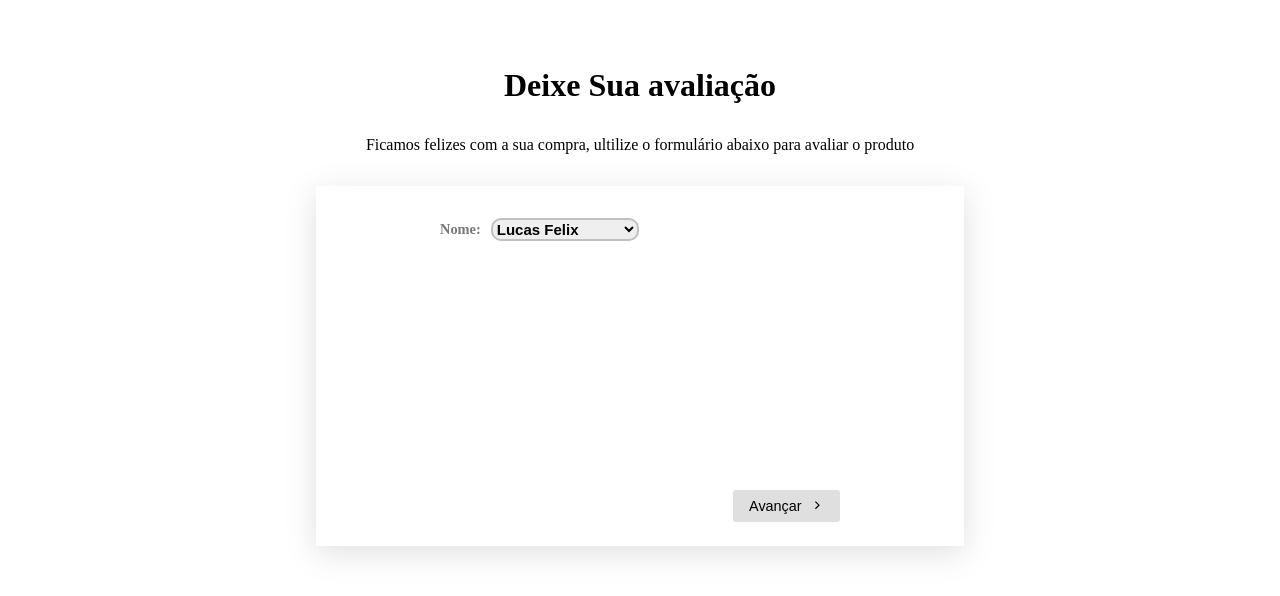
Repository: pheonix5/formulario_stap
Page: /
The author's editor kept a copy of each file at every save. The page is drawn from the files as they stood at one save, then again after the next save.
The browser window is 1280 px wide. The pictures show the whole page.
The project was rebuilt for these pictures with package versions that can differ from the ones it lists, and the page was loaded fresh each time. Also part of the build but not shown: vite.config.js, src/components/ReviewForm.css, src/components/ReviewForm.tsx, src/components/Thanks.css, src/components/Thanks.tsx.

Above is the page before, as saved 2023-05-24 21:40:59.

### index.html
<!DOCTYPE html>
<html lang="en">
  <head>
    <meta charset="UTF-8" />
    <link rel="icon" type="image/svg+xml" href="/vite.svg" />
    <meta name="viewport" content="width=device-width, initial-scale=1.0" />
    <title>Multistep com React</title>
    <link rel="preconnect" href="https://fonts.googleapis.com">
    <link rel="preconnect" href="https://fonts.gstatic.com" crossorigin>
    <link href="https://fonts.googleapis.com/css2?family=Barlow:ital,wght@0,100;0,200;0,300;0,400;0,500;0,600;0,700;0,800;0,900;1,100;1,200;1,300;1,400;1,500;1,600;1,700;1,800;1,900&display=swap" rel="stylesheet">
  </head>
  <body>
    <div id="root"></div>
    <script type="module" src="/src/main.jsx"></script>
  </body>
</html>

### src/main.jsx
import React from 'react'
import ReactDOM from 'react-dom/client'
import { router } from './App'

import { RouterProvider } from 'react-router-dom'

ReactDOM.createRoot(document.getElementById('root')).render(
  <React.StrictMode>
    <RouterProvider router={router}/>
  </React.StrictMode>,
)

### src/App.jsx

import { createBrowserRouter } from 'react-router-dom'

import Formulario from './pages/Formulario'

const router = createBrowserRouter([
  {
    path: '/',
    element: <Formulario/>
  }
])

export { router };

### src/pages/Formulario/index.tsx
/* eslint-disable react/jsx-key */
/* eslint-disable no-unused-vars */
// Components
import React, { useState } from 'react';

import {GrFormNext, GrFormPrevious} from 'react-icons/gr';
import { FiSend } from 'react-icons/fi';
import UserForm from '../../components/UserForm';
import ReviewForm from '../../components/ReviewForm';
import Thanks from '../../components/Thanks';

// Hooks
import { useForm } from '../../hooks/useForm'
import './style.css'

const formTemplate ={
  name: "",
  email: "",
  review: "",
  comment: "",
}


export default function Formulario() {
  const [data, setData] = useState(formTemplate);

  const updateFieldHandler = (key, value) => {
    setData((prev) => {
      return {...prev, [key]: value};
    })
  }

  const formComponents = [
    <UserForm data={data} updateFieldHandler={updateFieldHandler}/>,
    <ReviewForm data={data} updateFieldHandler/>,
    <Thanks data={data}/>
  ];

  const { currentStep, currentComponent, changeStep, isLastStep, isFirstStep } = useForm(formComponents);

  return (
   <div className='app'>

    <div className="header">
      <h2>Deixe Sua avaliação</h2>
      <p>Ficamos felizes com a sua compra, ultilize o formulário abaixo para avaliar o produto</p>
    </div>

    <div className="form-container">
      <form onSubmit={(e) => changeStep(currentStep + 1, e)}>
        <div className="inputs-container">{currentComponent}</div>
        <div className="actions">

          {!isFirstStep && (
            <button type='button' onClick={() => changeStep(currentStep -1 )}>
              <GrFormPrevious/>
              <span>Voltar</span>
          </button>
          )}

          {!isLastStep ? (
            <button type='submit'>
              <span>Avançar</span>
              <GrFormNext/>
            </button>
          ) : (
            <button type='button'>
            <span>Enviar</span>
            <FiSend/>
          </button>
          )}

        </div>
      </form>
    </div>

   </div>
  )
}

### src/components/UserForm.tsx
import React from "react";
import './Userform.css'

const UserForm = ({ data, updateFieldHandler }) =>{
  return (
    <div>
      <div className="select">
        <label htmlFor="">Nome:</label>
        <select
          name="text"
          id="name"
          onChange={(e) => updateFieldHandler('name', e.target.value)}
        >

          <option  value={data.name || "Lucas"}>Lucas Felix</option>
          <option  value={data.name || "Camila"}>Camila Vitoria</option>
          <option  value={data.name || "Amanda"}>Amanda Caroline</option>
          <option  value={data.name || "Ronara"}>Ronara Fernanda</option>
        </select>
      </div>

    </div>
  )
}

export default UserForm;

### src/hooks/useForm.jsx
/* eslint-disable no-unused-vars */
import { useState } from "react";

export function useForm(steps){
  const [currentStep, setCurrentStep] = useState(0)

  function changeStep(i, e){
    if(e) e.preventDefault();

    if(i < 0 || i >= steps.length) return;

    setCurrentStep(i)
  }

  return{
    currentStep,
    currentComponent: steps[currentStep],
    changeStep,
    isLastStep: currentStep +1 === steps.length ? true : false,
    isFirstStep: currentStep === 0 ? true : false,
  }
}

### src/pages/Formulario/style.css
.app{
  padding: 2rem;
}

/* Cabeçalho*/
.header{
  text-align: center;
  margin-bottom: 2rem;
}

.header h2{
  font-size: 2rem;
  margin-bottom: 2rem;
}

/* Forms  */
.form-container{
  max-width: 600px;
  margin: 0 auto;
  background-color: #FFF;
  padding: 1.5rem;
  box-shadow: rgba(100, 100, 111, 0.2) 0px 7px 29px 0px;
}

.form-container form{
  max-width: 400px;
  margin: 0 auto;
}

.inputs-container{
  min-height: 280px;
}

.form-control {
  display: flex;
  flex-direction: column;
  gap: 0.6rem;
  margin-bottom: 2rem;
}

label{
  font-weight: bold;
  color: #777;
  font-size: 0.9rem;
}

input,
textarea{
  padding: .6rem;
  border: none;
  border-radius: 3px;
  box-shadow: rgba(99, 99, 99, 0.2) 0px 2px 8px 0;
}

textarea{
  height: 120px;
}

/* Actions */
.actions{
  display: flex;
  justify-content: flex-end;
  gap: 1rem;
}

.actions button{
  font-size: .9rem;
  padding: .5rem 1rem;
  display: flex;
  gap: 0.5rem;
  align-items: center;
  border-radius: 3px;
  background-color: #DFDFDF;
  cursor: pointer;
  border: none;
  transition: 0.3s;
}

.actions button:hover{
  background-color: #CFCFCF;
}

### src/components/UserForm.css
.select{
  display: flex;
  flex-direction: row;
  width: 100%;
  height: 40px;
  gap: 10px;
  align-items: center;
}

.select select{
  font-size: 15px;
  font-weight: bold;
  border-radius: 10px;
  border: 2px solid #c0c0c0;
  width: 90;
  text-align: left;
}

After the next save:
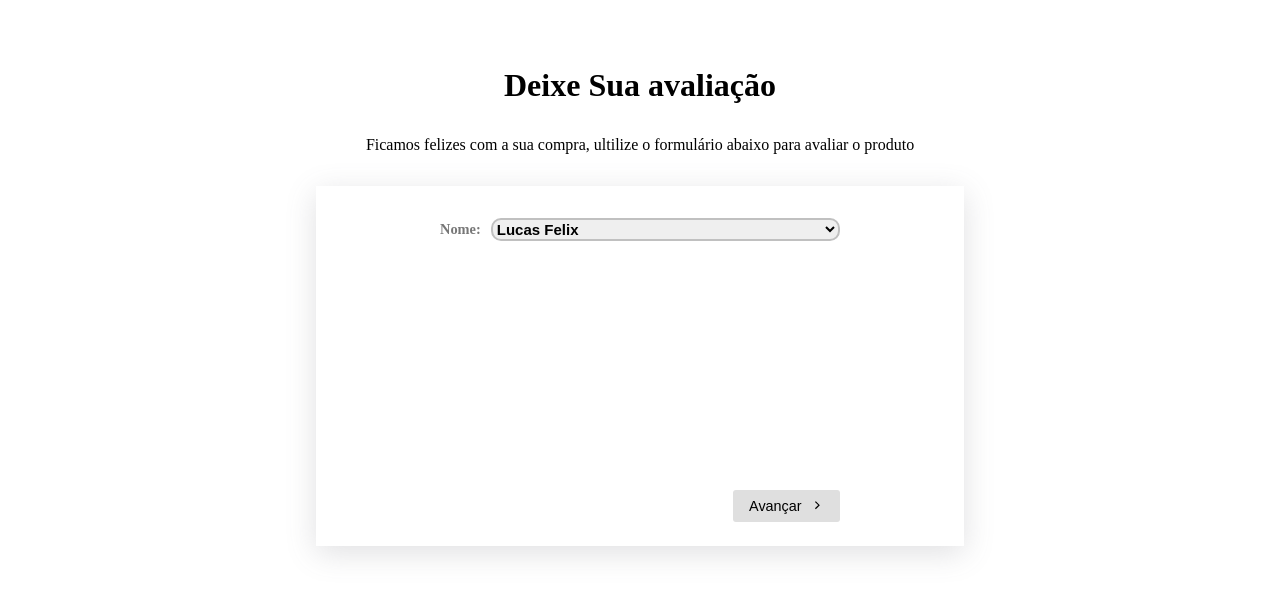
Saved 7 s later.
--- a/src/components/UserForm.css
+++ b/src/components/UserForm.css
@@ -12,6 +12,6 @@
   font-weight: bold;
   border-radius: 10px;
   border: 2px solid #c0c0c0;
-  width: 90;
+  width: 90%;
   text-align: left;
 }
